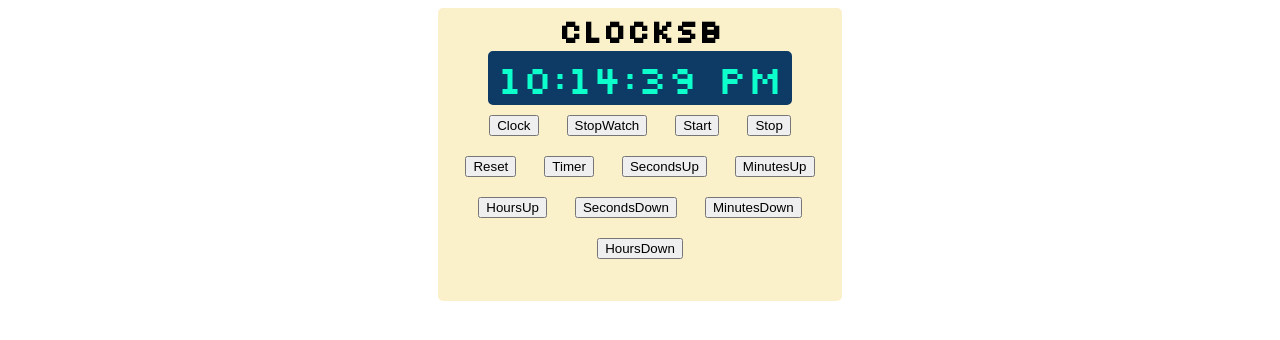
Repository: ourshadetree/clockSB
Page: index.html
The author's editor kept a copy of each file at every save. The page is drawn from the files as they stood at one save, then again after the next save.
The browser window is 1280 px wide. The pictures show the whole page.
After loading, the first visible `button[onclick="loadTimer()"]` was clicked once.

Above is the page before, as saved 2025-12-06 09:34:57.

### index.html
<!DOCTYPE html>
<html lang="en">
<head>
    <meta charset="UTF-8">
    <meta name="viewport" content="width=device-width, initial-scale=1.0">
    <title>clockSB</title>
    <link href="style.css" rel="stylesheet"/>
    <script src="index.js"></script>
</head>
<body>
    <div id="outer-shell">
        <h1 id="title">ClockSB</h1>

        <div id="screen">
            <span id="clockScreen">Clock stuff</span>

        </div>
        <button onClick="loadClock()">Clock</button>
        <button onClick="loadSW()">StopWatch</button>
        <button onClick="start()">Start</button>
        <button onClick="end()">Stop</button>
        <button onClick="loadSW()">Reset</button>
        <button onClick="loadTimer()">Timer</button>
        <button data-unit="seconds" data-direction="up">SecondsUp</button>
        <button data-unit="minutes" data-direction="up">MinutesUp</button>
        <button data-unit="hours" data-direction="up">HoursUp</button>
        <button data-unit="seconds" data-direction="down">SecondsDown</button>
        <button data-unit="minutes" data-direction="down">MinutesDown</button>
        <button data-unit="hours" data-direction="down">HoursDown</button>
    </div>
</body>
</html>

### style.css
@font-face {
    font-family: 'Silkscreen';
    src: url('./fonts/Silkscreen-Regular.ttf') format('truetype');
    font-weight: normal;
    font-style: normal;
}

body {
    font-family: 'Silkscreen', sans-serif;
    text-align: center;
}

#clockScreen {
    color: aquamarine;
    mix-blend-mode: hard-light;
    font-size: 40px;
}

#title {
    margin: 0;
}

button {
    margin: 10px;
}

#outer-shell {
    margin: auto;
    border: 2px solid #FAF0CA;
    border-radius: 5px;
    background-color: #FAF0CA;
    padding-bottom: 30px;
    width: 400px;
}

#screen {
    margin: auto;
    border: 2px solid #0D3B66;
    border-radius: 5px;
    background-color: #0D3B66;

    width: 300px;
    height: 50px;
}

### index.js
var checkT = new Date();
var time;
var amPm = "AM";
var seconds;
var minutes;
var hours;
const timer = {
    hours: 0,
    minutes: 0,
    seconds: 0
}

window.onload = function() {
    loadClock();
}

function clearAllIntervals() {
    for(let i = 1; i < 99999; i++) {
        window.clearInterval(i);
    }
}

function loadClock() {
    getTime();
    clearAllIntervals();
    setInterval(getTime, 1000);
}

function getTime() {
    var currentTime = new Date();
    minutes = currentTime.getMinutes();
    hours = currentTime.getHours();
    seconds = currentTime.getSeconds();

    if(hours > 12) {
        amPm = "PM";
    } else {
        amPm = "AM";
    }

    if(hours > 12) {
        hours = hours - 12;
    }

    if(minutes < 10) {
        minutes = "0" + minutes;
    }

    if(seconds < 10) {
        seconds = "0" + seconds;
    }

    let time = hours + ":" + minutes + ":" + seconds + " " + amPm;

    let timeNow = document.getElementById("clockScreen");
    timeNow.innerHTML = time;

}

function loadSW() {
    clearAllIntervals();
    stopWatch();
}

function loadTimer() {
    clearAllIntervals();
}


    document.addEventListener("click", (e) => {
        const btn = e.target.closest("button[data-unit][data-direction]");
        if(!btn) return;

        const unit = btn.dataset.unit;
        const direction = btn.dataset.direction;

        if(direction === "up") {
            timer[unit]++;
        } else {
            timer[unit]--;
        }
            updateScreen();

    });



function updateScreen() {
        document.getElementById("clockScreen").innerHTML = timer.hours + ":" + timer.minutes + ":" + timer.seconds;

}

function stopWatch() {
    seconds = 0;
    minutes = 0;
    hours = 0;

    document.getElementById("clockScreen").innerHTML = "00:00:00";
}

function start() {
    countUp();
    clearAllIntervals();
    setInterval(countUp, 1000);
}

function end() {
    clearAllIntervals();
}

function countUp() {
    let displayMin;
    let displaySec;
    let displayHour;

    seconds++;

    if(seconds < 10 && seconds != 0) {
        displaySec = "";
        displaySec = "0" + seconds;
    } else if(seconds == 0) {
        displaySec = "";
        displaySec = "00";
    } else {
        displaySec = "";
        displaySec = seconds;
    }
    if(minutes < 10 && minutes != 0) {
        displayMin = "";
        displayMin = "0" + minutes;
    } else if(minutes == 0) {
        displayMin = "";
        displayMin = "00";
    } else {
        displayMin = "";
        displayMin = minutes;
    }
    if(hours < 10 && hours != 0) {
        displayHour = "";
        displayHour = "0" + hours;
    } else if(hours == 0) {
        displayHour = "";
        displayHour = "00";
    } else {
        displayHour = "";
        displayHour = hours;
    }
    if(seconds == 59) {
        seconds = 0;
        minutes++;
    }
    if(minutes == 59) {
        minutes = 0;
        hours++;
    }

    document.getElementById("clockScreen").innerHTML = displayHour + ":" + displayMin + ":" + displaySec;
}

After the next save:
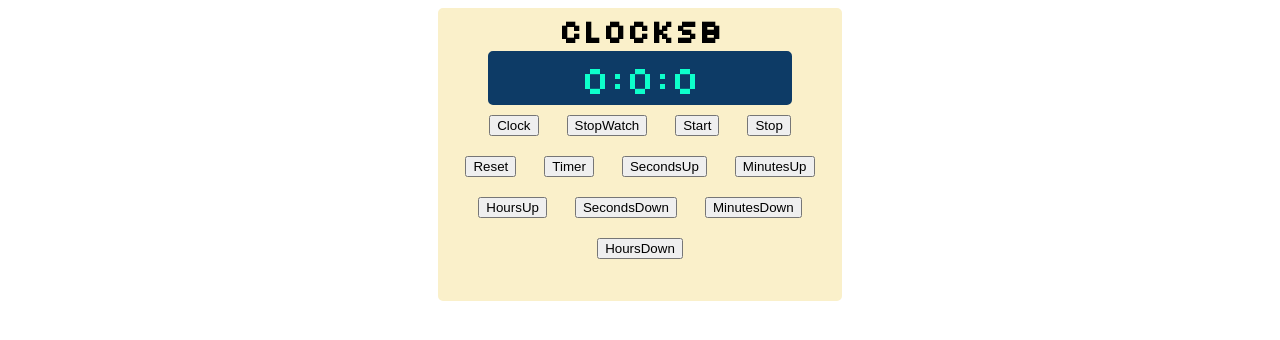
Saved 65 s later.
--- a/index.js
+++ b/index.js
@@ -64,24 +64,25 @@ function loadSW() {
 
 function loadTimer() {
     clearAllIntervals();
+    document.getElementById("clockScreen").innerHTML = timer.hours + ":" + timer.minutes + ":" + timer.seconds;
 }
 
 
-    document.addEventListener("click", (e) => {
-        const btn = e.target.closest("button[data-unit][data-direction]");
-        if(!btn) return;
+document.addEventListener("click", (e) => {
+    const btn = e.target.closest("button[data-unit][data-direction]");
+    if(!btn) return;
 
-        const unit = btn.dataset.unit;
-        const direction = btn.dataset.direction;
+    const unit = btn.dataset.unit;
+    const direction = btn.dataset.direction;
 
-        if(direction === "up") {
-            timer[unit]++;
-        } else {
-            timer[unit]--;
-        }
-            updateScreen();
+    if(direction === "up") {
+        timer[unit]++;
+    } else {
+        timer[unit]--;
+    }
+        updateScreen();
 
-    });
+});
 
 
 
